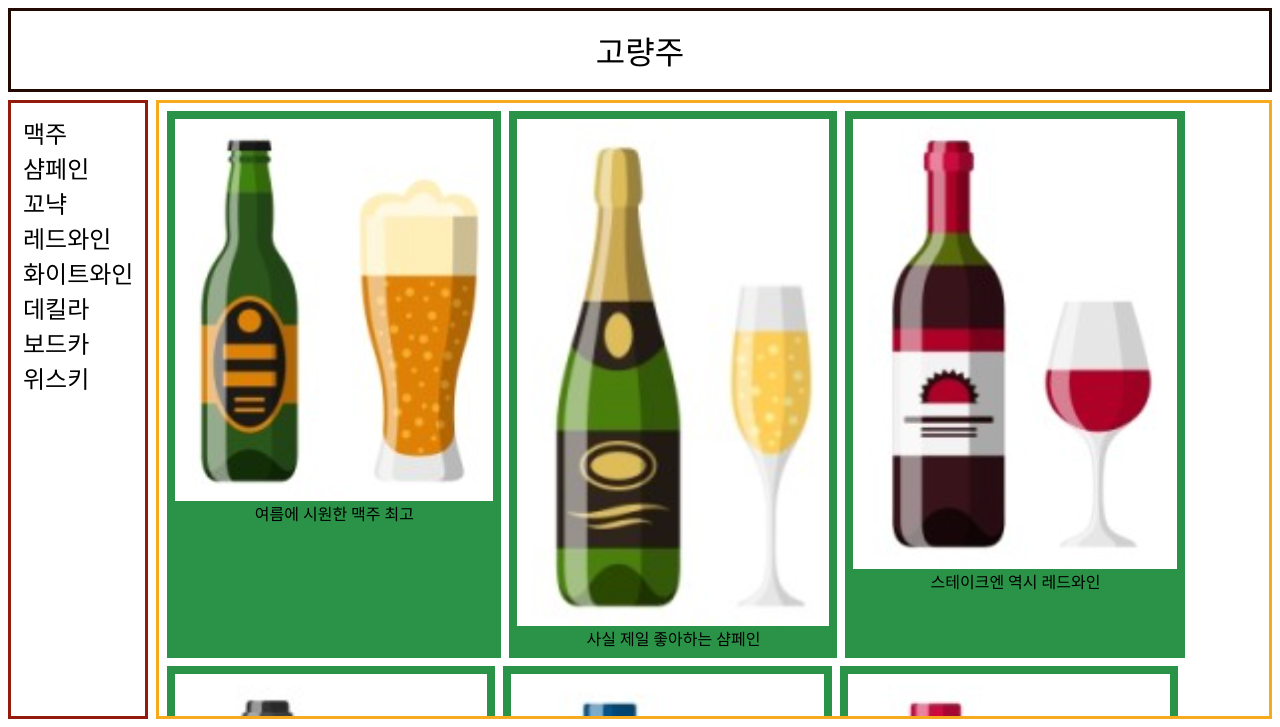
Repository: Jay-JYKim91/grj_2nd_week
Page: index.html
These files come from the project's save history. The page is drawn as it stood at one moment and after the next save; the edit follows.
The browser window is 1280 px wide. The pictures show the whole page.
An inner scrolling area shows only its first screen. Some web fonts or font styles are not loaded; a fallback is used.

Above is the page before, as saved 2022-05-03 14:41:03.

### index.html
<!DOCTYPE html>
<html lang="en">
<head>
    <meta charset="UTF-8">
    <meta http-equiv="X-UA-Compatible" content="IE=edge">
    <meta name="viewport" content="width=device-width, initial-scale=1.0">
    <title>Document</title>
    <link rel="stylesheet" href="./styles.css">
</head>
<body>
    <header>
        <span>고량주</span>
    </header>
    <main>
        <aside>
            <span>맥주</span>
            <span>샴페인</span>
            <span>꼬냑</span>
            <span>레드와인</span>
            <span>화이트와인</span>
            <span>데킬라</span>
            <span>보드카</span>
            <span>위스키</span>
        </aside>
        <section class="cards">
            <div class="card">
                <img src="./images/beer.png" alt="beer">
                <span>여름에 시원한 맥주 최고</span>
            </div>
            <div class="card">
                <img src="./images/champagne.png" alt="champagne">
                <span>사실 제일 좋아하는 샴페인</span>
            </div>
            <div class="card">
                <img src="./images/red_wine.png" alt="red_wine">
                <span>스테이크엔 역시 레드와인</span>
            </div>
            <div class="card">
                <img src="./images/white_wine.png" alt="white_wine">
                <span>홍합찜에 화이트와인 최고</span>
            </div>
            <div class="card">
                <img src="./images/tequila.png" alt="tequila">
                <span>미드에서만 봤던 데킬라</span>
            </div>
            <div class="card">
                <img src="./images/whiskey.png" alt="whiskey">
                <span>익숙하지만 안 마셔본 위스키</span>
            </div>
        </section>
    </main>
</body>
</html>

### styles.css
@import url("https://fonts.googleapis.com/css2?family=Hahmlet:wght@400;500&display=swap");

* {
  box-sizing: border-box;
  font-family: "Hahmlet", serif;
}

header {
  border: 3px solid #220901;
  padding: 0.5em;
  font-size: 2rem;
  text-align: center;
}

main {
  display: flex;
  margin: 0.5rem 0;
  gap: 0.5rem;
}

aside {
  display: flex;
  flex-direction: column;
  border: 3px solid #941b0c;
  padding: 0.5em;
  font-size: 1.5rem;
  min-width: max-content;
}

.cards {
  display: flex;
  flex-wrap: wrap;
  border: 3px solid #f6aa1c;
  padding: 0.5em;
  gap: 0.5em;
  overflow-y: scroll;
  height: 86vh;
}

.card {
  display: flex;
  flex-direction: column;
  background-color: #2b9348;
  padding: 0.5em;
  flex-basis: 30%;
  text-align: center;
}

After the next save:
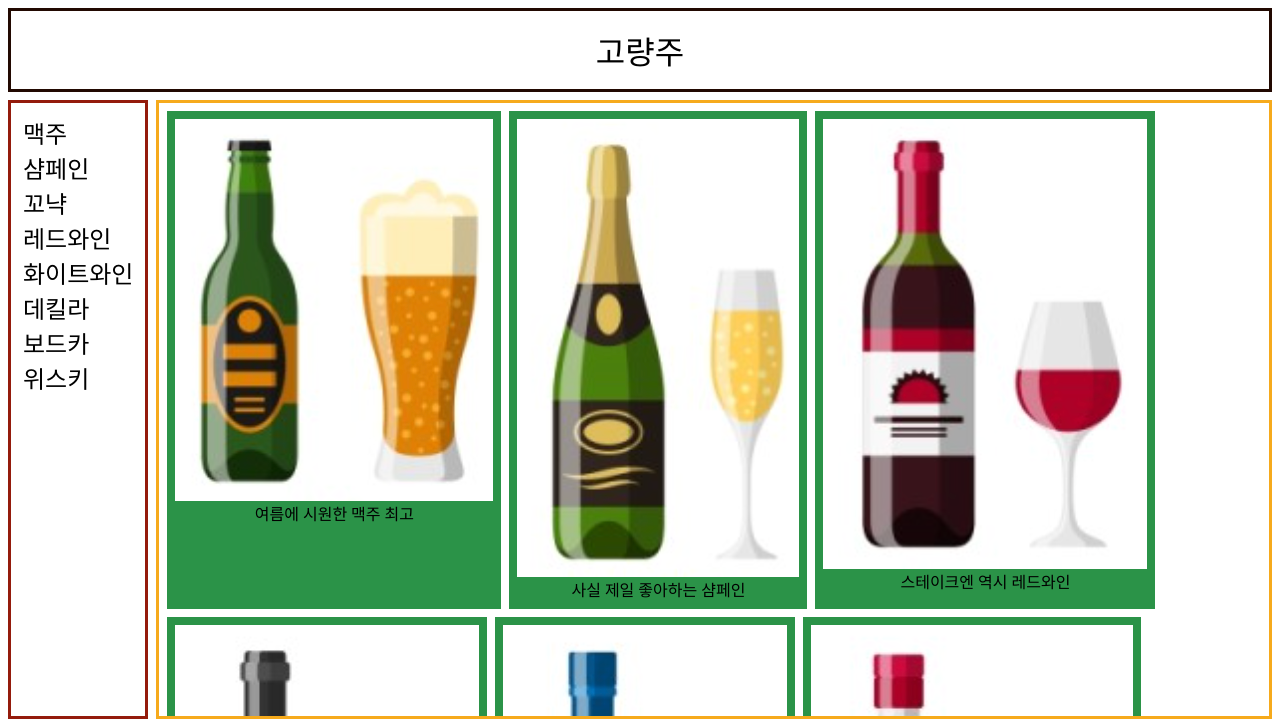
Saved 22 s later.
--- a/styles.css
+++ b/styles.css
@@ -42,6 +42,8 @@ aside {
   flex-direction: column;
   background-color: #2b9348;
   padding: 0.5em;
-  flex-basis: 30%;
   text-align: center;
 }
+
+.card img {
+}
